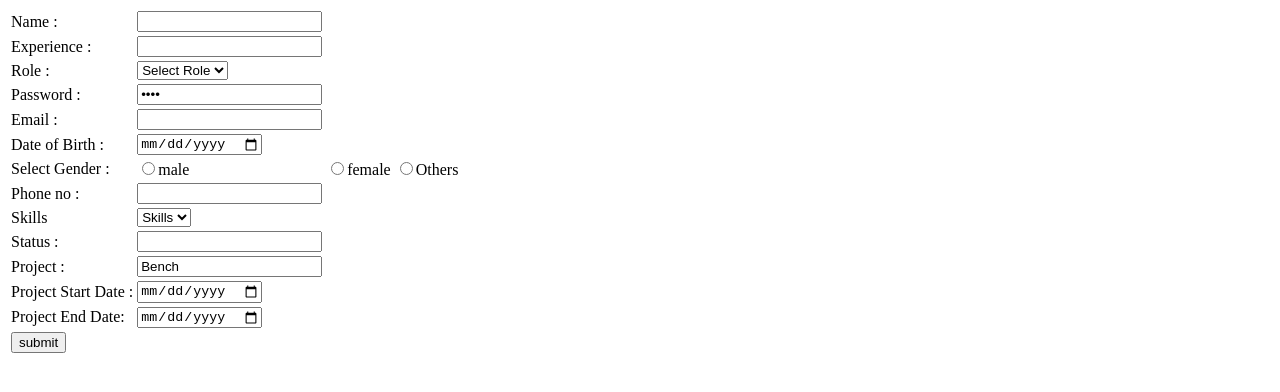
Repository: harmeet3327/Project_WFM
Page: http://localhost/workforcemanagement-frontend/WEB-INF/views/AddResource.jsp
An editor plug-in stored every save of this project. The page is shown before and after the next save, followed by the edit.
The browser window is 1280 px wide. The pictures show the whole page.
The page is served by Tomcat 9. Nobody is signed in. Other server files are loaded and not shown. The template is opened directly, without the code that normally fills it, so the values that code supplies are empty.

Above is the page before, as saved 2019-11-22 07:22:27.

### workforcemanagement-frontend/src/main/webapp/WEB-INF/views/AddResource.jsp

<%@ page language="java" contentType="text/html; charset=ISO-8859-1"
    pageEncoding="ISO-8859-1" isELIgnored="false"%>
    <%@taglib prefix="f" uri="http://www.springframework.org/tags/form" %>
    <%@taglib prefix="c" uri="http://java.sun.com/jsp/jstl/core"  %>
<!DOCTYPE html PUBLIC "-//W3C//DTD HTML 4.01 Transitional//EN" "http://www.w3.org/TR/html4/loose.dtd">
<html>
<head>
<meta http-equiv="Content-Type" content="text/html; charset=ISO-8859-1">
<title>Insert title here</title>
</head>
<body>
	<f:form action="addRes" method="post" modelAttribute="rObj">
			<table>
				<tr>
					<td> Name : </td>
					<td><f:input path="rName" /></td>
				</tr>
					<tr>
					<td>Experience : </td>
					<td><f:input path="rExperience" /></td>
					</tr>
				<tr>
					<td> Role : </td>
					<td>
					<select>
								<option>Select Role</option>
							<c:forEach items="${rlist}" var="rlist">
								<option value="${rlist.roleId}">${rlist.roleType}</option>
							</c:forEach>
					</select>
					</td>
				</tr>
				<tr>
					<td>Password : </td>
					<td><f:password path="rPassward" value="T123"  /></td>
				</tr>
				<tr>
					<td>Email : </td>
					<td><f:input path="rEmail"/></td>
				</tr>
				<tr>
					<td>Date of Birth  : </td>
					<td><f:input type="date" path="rDOB"/></td>
				</tr>
					<tr>
					<td>Select Gender  : </td>
					<td><f:radiobutton  path="rGender" value="male" />male</td>
					<td><f:radiobutton  path="rGender" value="female" />female</td>
					<td><f:radiobutton  path="rGender" value="Others" />Others</td>
				</tr>
					<tr>
					<td>Phone no : </td>
					<td><f:input type="number" path="rPhoneNumber"/></td>
				</tr>
					<tr>
					<td>Skills</td>
					<td>
					<select>
								<option>Skills</option>
							<c:forEach items="${slist}" var="slist">
								<option value="${slist.skillName}"> ${slist.skillName}</option>
							</c:forEach>
					</select>
					</td>
				</tr>
				<tr>
					<td>Status : </td>
					<td><f:input path="rStatus"/></td>
				</tr>
				<tr>
					<td>Project : </td>
					<td><f:input path="" value="Bench"  /></td>
				</tr>
				<tr>
					<td>Project Start Date  : </td>
					<td><f:input type="date" path="rProStartDate" value="${rProjectId.projectStartDate}" /></td>
				</tr>
				<tr>
					<td>Project End Date: </td>
					<td><f:input type="date" path="rProEndDate" value="${ rProjectId.projectEndDate}" /></td>
				</tr>
				<tr><td><input type="submit" value="submit" /></td></tr>



		</table>
		</f:form>
</body>
</html>

After the next save:
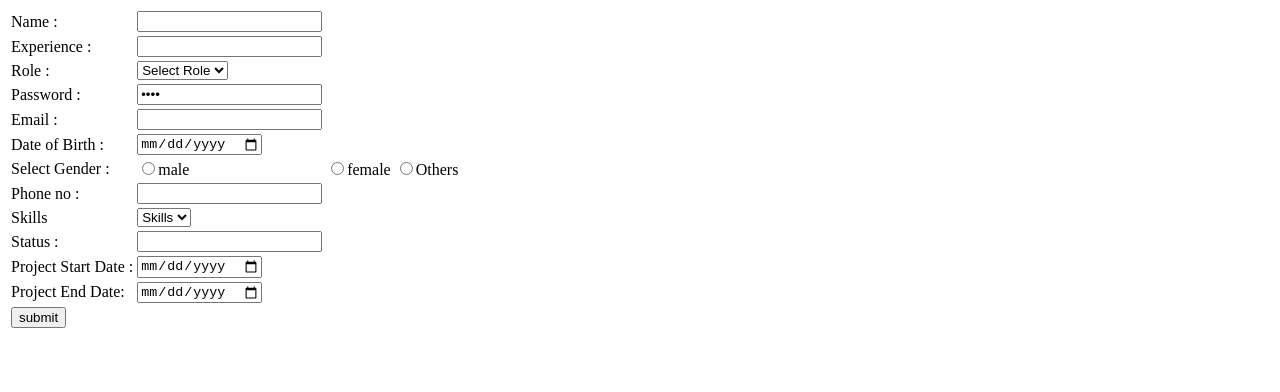
Saved 87 s later.
--- a/workforcemanagement-frontend/src/main/webapp/WEB-INF/views/AddResource.jsp
+++ b/workforcemanagement-frontend/src/main/webapp/WEB-INF/views/AddResource.jsp
@@ -68,10 +68,7 @@
 					<td>Status : </td>
 					<td><f:input path="rStatus"/></td>
 				</tr>
-				<tr>
-					<td>Project : </td>
-					<td><f:input path="" value="Bench"  /></td>
-				</tr>
+
 				<tr>
 					<td>Project Start Date  : </td>
 					<td><f:input type="date" path="rProStartDate" value="${rProjectId.projectStartDate}" /></td>
